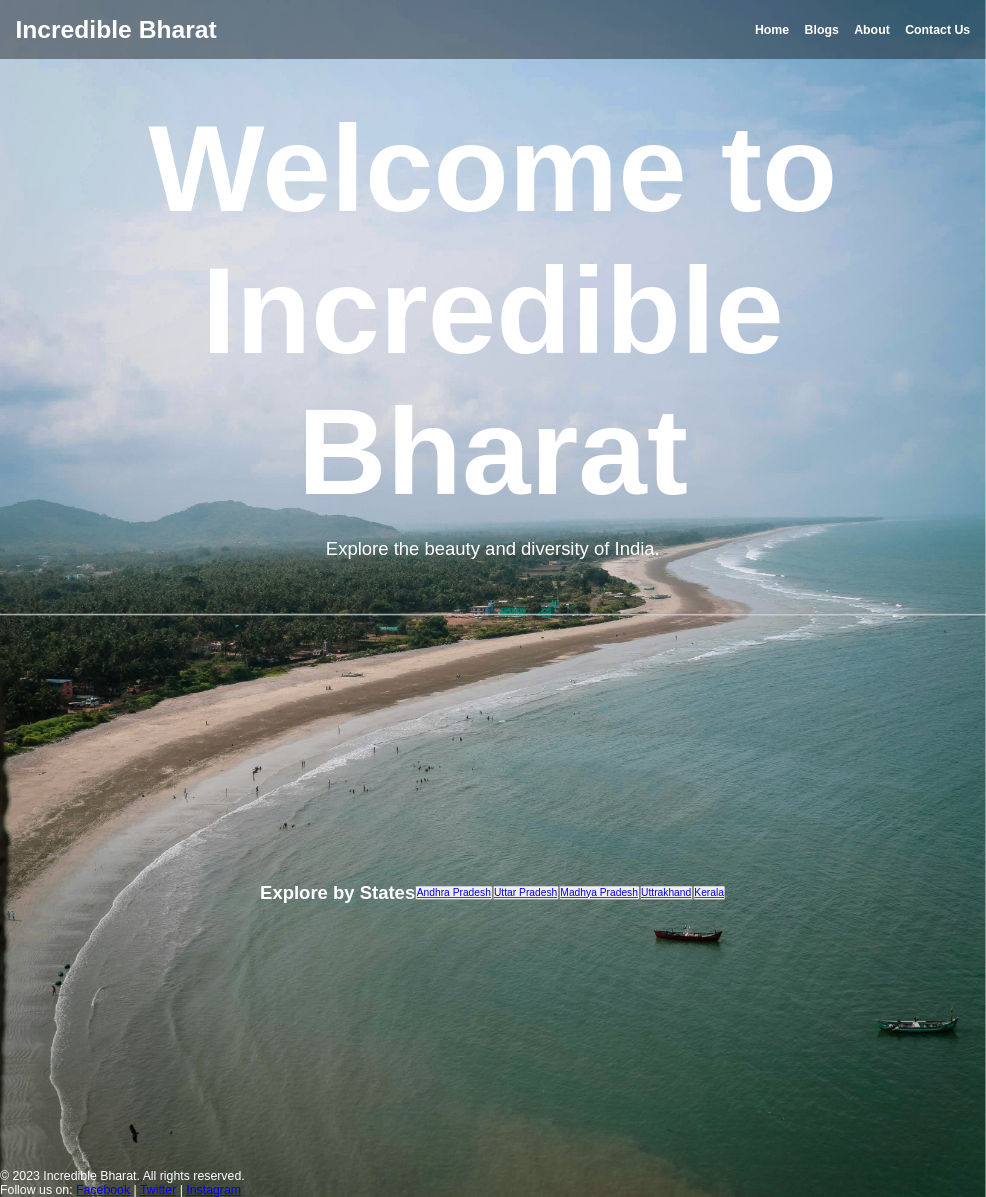
Repository: jaidhiman111/incrediblebharat
Page: index.html
These files come from the project's save history. The page is drawn as it stood at one moment and after the next save; the edit follows.
The browser window is 1280 px wide. The pictures show the whole page, at 77% of full size.

Above is the page before, as saved 2025-04-30 22:04:19.

### index.html
<!DOCTYPE html>
<html lang="en">
<head>
    <meta charset="UTF-8">
    <link rel="stylesheet" href="/assets/style.css">
    <meta name="viewport" content="width=device-width, initial-scale=1.0">
    <title>Document</title>
</head>
<body>
    <!-- This is the header of the page. -->
    <header class="header">
        <div class="logo">
            <h1>Incredible Bharat</h1>
        </div>
        <div class="nav">
            <nav>
                <ul>
                    <li>
                        <a href="#">Home</a>
                        <a href="#">Blogs</a>
                        <a href="#">About</a>
                        <a href="#">Contact Us</a>
                    </li>
                </ul>
            </nav>
        </div>
    </header>
    <!-- This is the main content of the page. -->
     <main class="main-container">
        <section class="hero-section">
            <h2>Welcome to Incredible Bharat</h2>
            <p>Explore the beauty and diversity of India.</p>
        </section>
        <hr>
        <section class="state-section">
            <h2>Explore by States</h2>
            <button type="button"><a href="#">Andhra Pradesh</a></button>
            <button type="button"><a href="#">Uttar Pradesh</a></button>
            <button type="button"><a href="#">Madhya Pradesh</a></button>
            <button type="button"><a href="#">Uttrakhand</a></button>
            <button type="button"><a href="#">Kerala</a></button>
        </section>
     </main>
     <!-- This is the footer of the page. -->
      <footer class="footer">
        <div>
            <p>&copy; 2023 Incredible Bharat. All rights reserved.</p>
            <p>Follow us on:
                <a href="#">Facebook</a> |
                <a href="#">Twitter</a> |
                <a href="#">Instagram</a>
        </div>
      </footer>
</body>
</html>

### assets/style.css
* {
    box-sizing: border-box;
    margin: 0;
    padding: 0;
}

body {
    font-family: Arial, sans-serif;
    background-image: url('/media/bg-cover.jpg');
    background-size: cover;
    background-repeat: no-repeat;
    background-position: center;
    color: #fff;
}

/* This is for header */
.header {
    background-color: rgba(0, 0, 0, 0.4);
    display: flex;
    justify-content: space-between;
    align-items: center;
    padding: 20px;
    position: sticky;
    top: 0;
    text-align: center;
}

li {
    list-style: none;
    display: flex;
    gap: 20px;
}

li a {
    text-decoration: none;
    color: #fff;
    font-weight: bold;
}

a:hover {
    color: #ff6347;
}

/* This is for section */
.hero-section {
    display: flex;
    flex-direction: column;    /* stack items vertically */
    justify-content: center;   /* center vertically */
    align-items: center;       /* center horizontally */
    height: 100vh;
    text-align: center;
}

.hero-section h2 {
    font-size: 10rem;
    margin-bottom: 20px;
}

.hero-section p {
    font-size: 1.5rem;
    margin-bottom: 20px;
}

.state-section {
    display: flex;
    justify-content: center;
    align-items: center;
    height: 100vh;
    text-align: center;
}

After the next save:
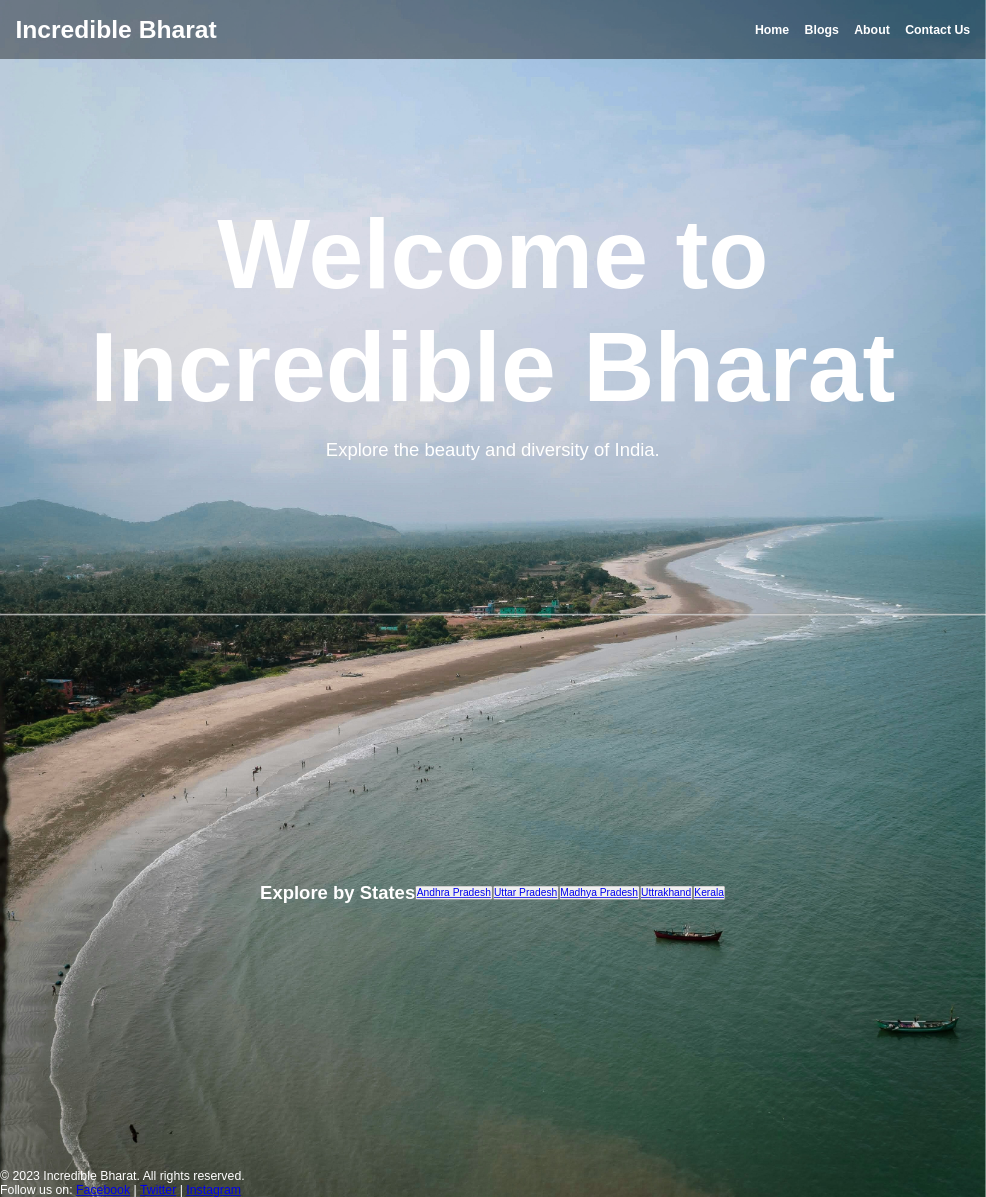
Saved 14 s later.
--- a/assets/style.css
+++ b/assets/style.css
@@ -52,7 +52,7 @@ a:hover {
 }
 
 .hero-section h2 {
-    font-size: 10rem;
+    font-size: 8rem;
     margin-bottom: 20px;
 }
 
